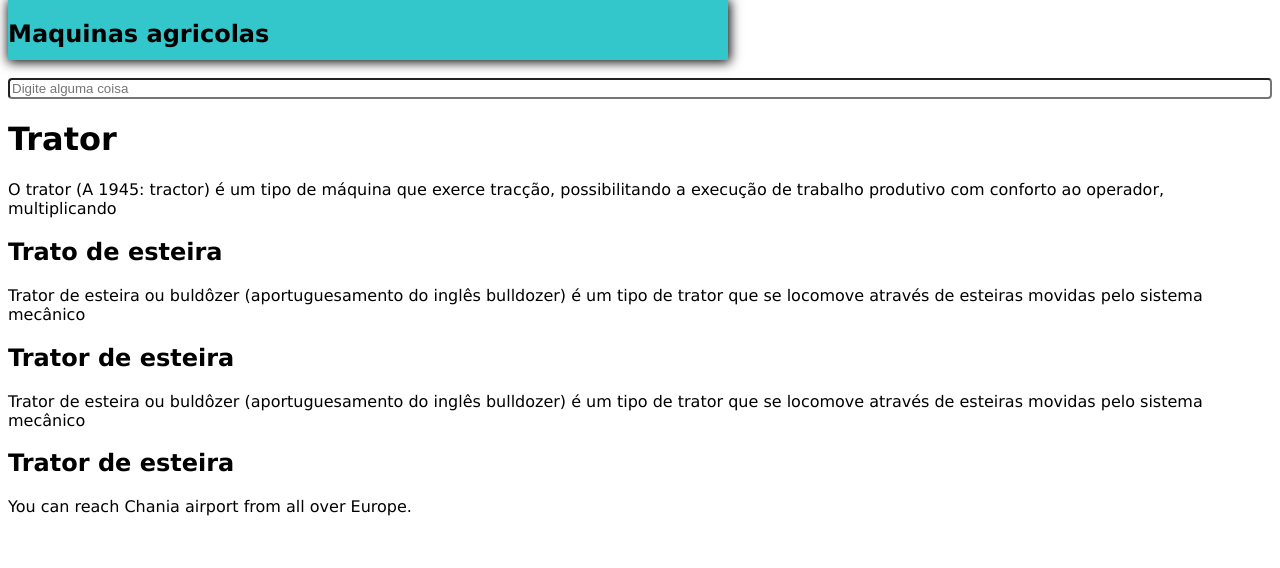
Repository: ecrseer/pesquisa-carros-html
Page: news.html
These files come from the project's save history. The page is drawn as it stood at one moment and after a run of saves; the edit follows.
The browser window is 1280 px wide. The pictures show the whole page.

Above is the page before, as saved 2022-01-21 16:30:53.

After the next 3 saves:
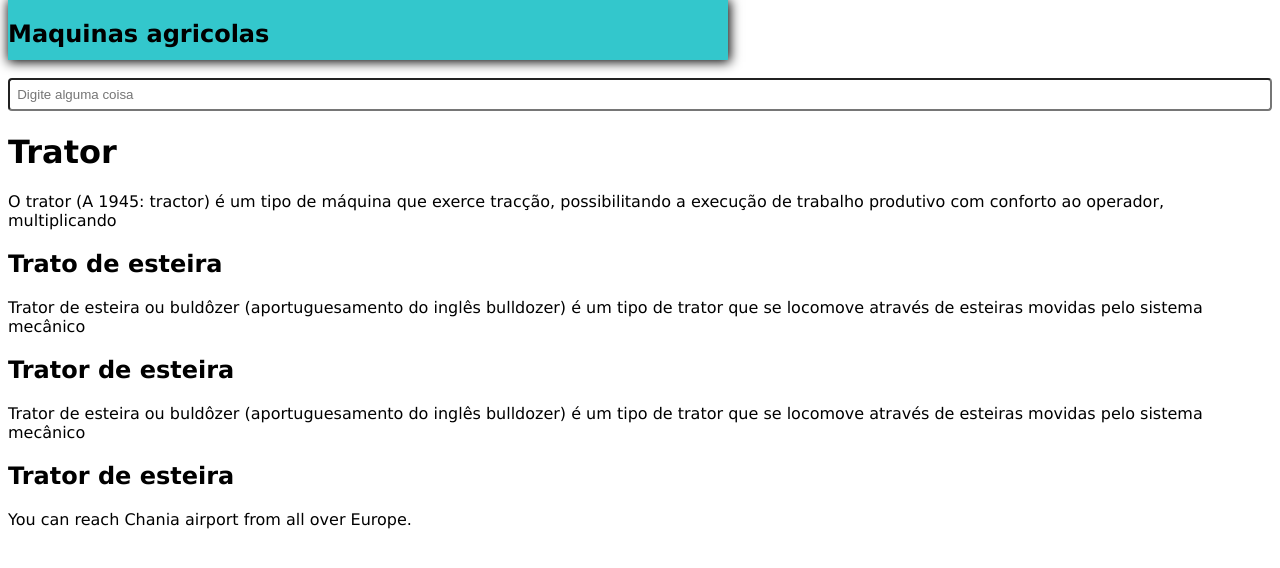
The 3 saves are shown as one change because they came seconds apart.
The last was saved 11 s later.
--- a/news.css
+++ b/news.css
@@ -16,6 +16,7 @@
     border-radius: 4px;
   }
   input{
+    padding: 1vh;
 
   }
 
